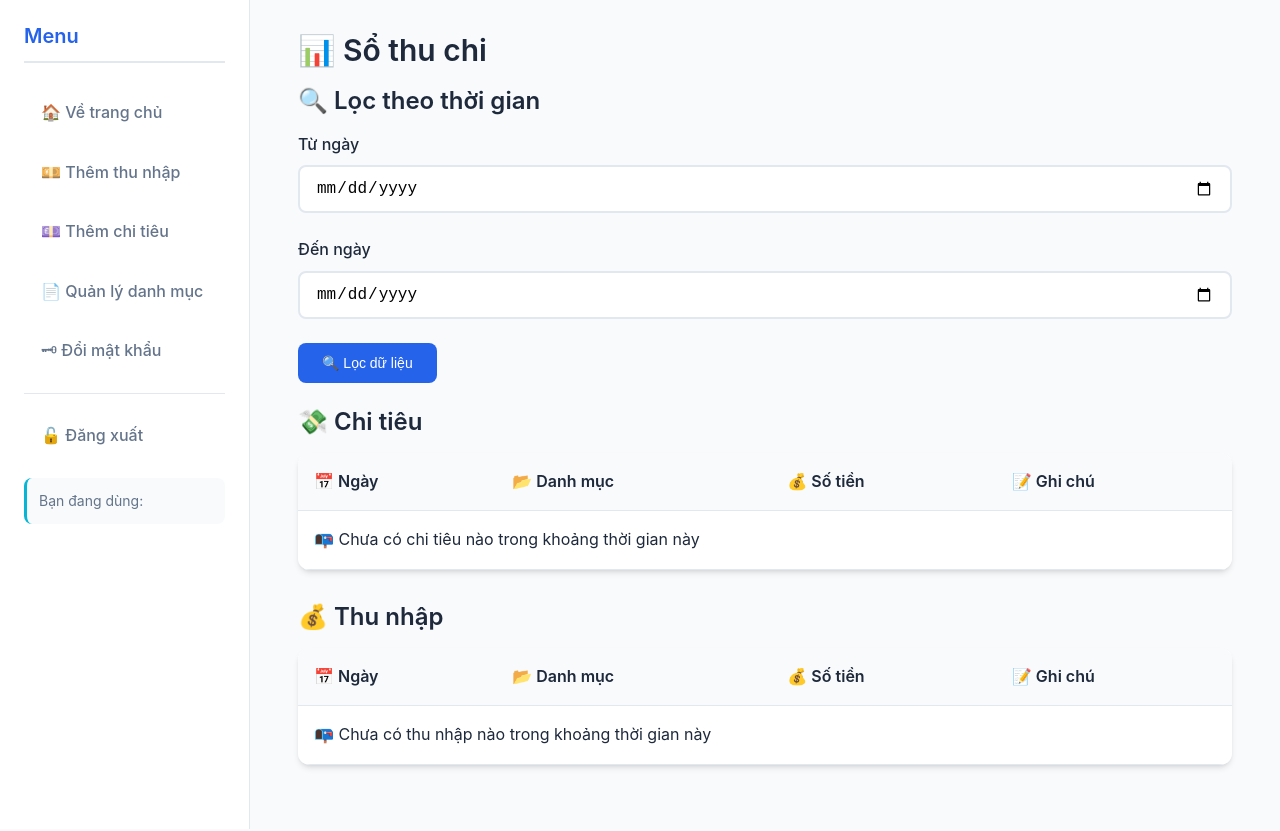
Repository: minhtvpy00202-git/KyThuatPhanMem_PY00202_MinhTV
Page: http://localhost/MiniExpense/WEB-INF/views/home.jsp
An editor plug-in stored every save of this project. The page is shown before and after the next save, followed by the edit.
The browser window is 1280 px wide. The pictures show the whole page.
The page is served by Tomcat 10. Nobody is signed in. The template is opened directly, without the code that normally fills it, so the values that code supplies are empty.

Above is the page before, as saved 2025-10-17 19:14:52.

After the next save:
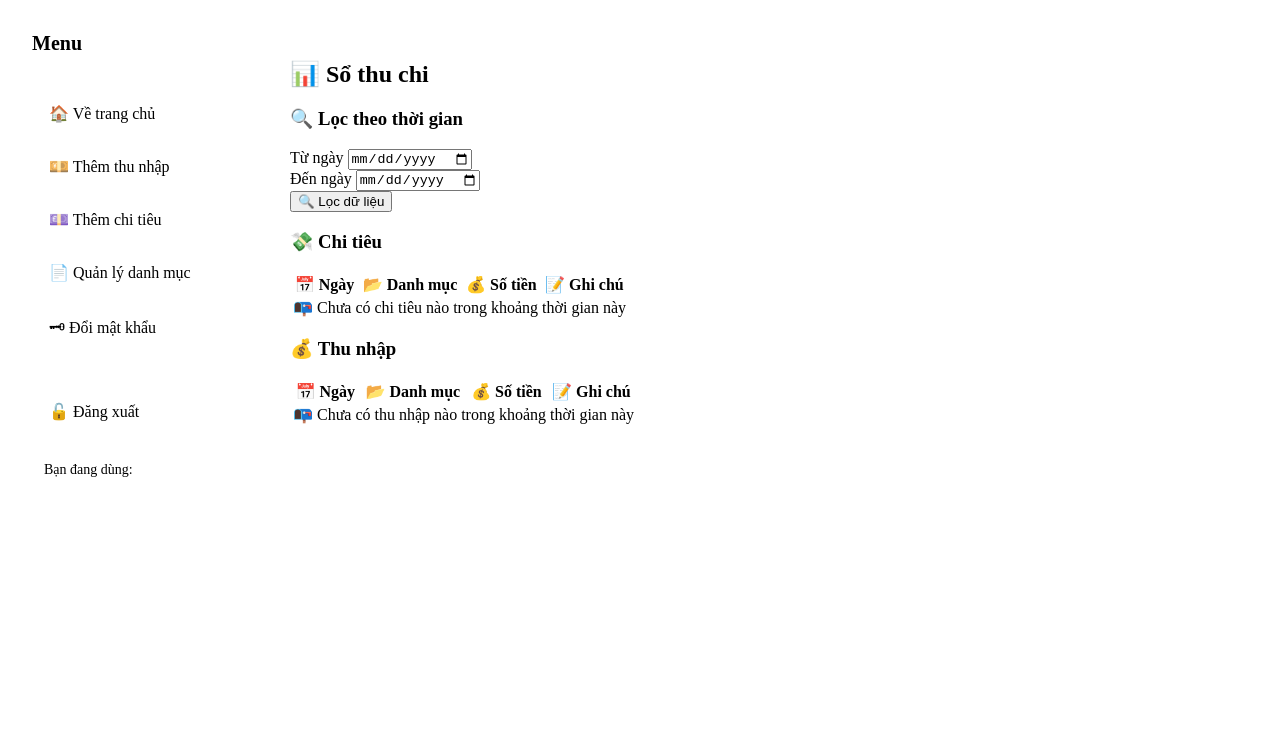
Saved 56 s later.
--- a/Source code/MiniExpense/src/main/webapp/WEB-INF/views/layout.jsp
+++ b/Source code/MiniExpense/src/main/webapp/WEB-INF/views/layout.jsp
@@ -6,7 +6,6 @@
   <meta charset="UTF-8">
   <title><c:out value="${pageTitle != null ? pageTitle : 'Mini Expense'}"/></title>
   <meta name="viewport" content="width=device-width, initial-scale=1.0">
-  <link rel="stylesheet" href="${pageContext.request.contextPath}/css/modern-style.css">
   <style>
     /* Layout specific styles */
     .layout {
